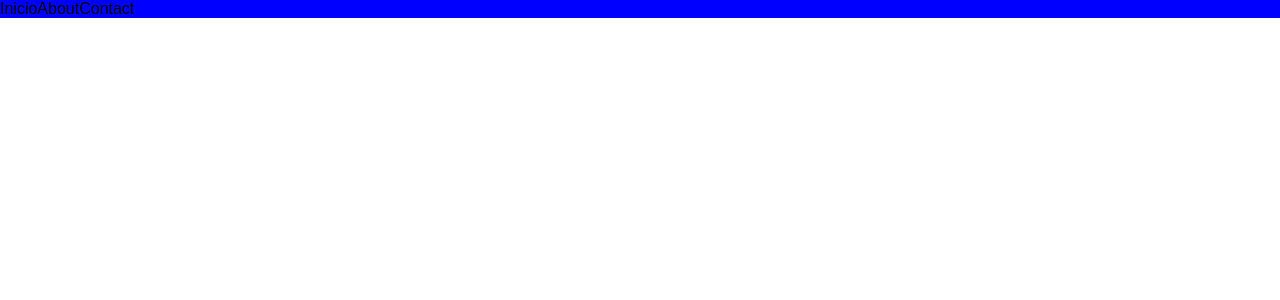
Repository: Toydrum/React-HectorCoronado
Page: /
The author's editor kept a copy of each file at every save. The page is drawn from the files as they stood at one save, then again after the next save.
The browser window is 1280 px wide. The pictures show the whole page.
The project was rebuilt for these pictures with package versions that can differ from the ones it lists, and the page was loaded fresh each time. Also part of the build but not shown: src/components/Navbar/Navbar.css.

Above is the page before, as saved 2023-06-03 05:24:00.

After the next save:
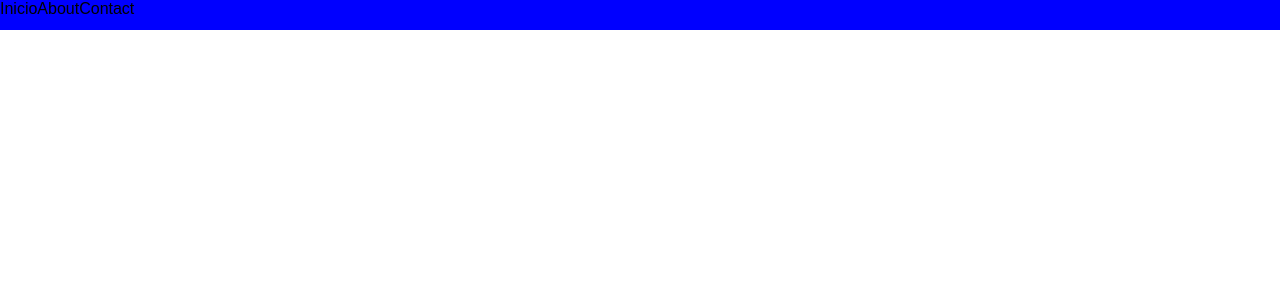
Saved 113 s later.
--- a/src/components/Navbar/Navbar.js
+++ b/src/components/Navbar/Navbar.js
@@ -8,7 +8,8 @@ const styles = {
     fontFamily: "sans-serif",
     backgroundColor: "blue",
     margin:0,
-    padding:0
+    padding:0,
+    height:30
   }
 }
 
